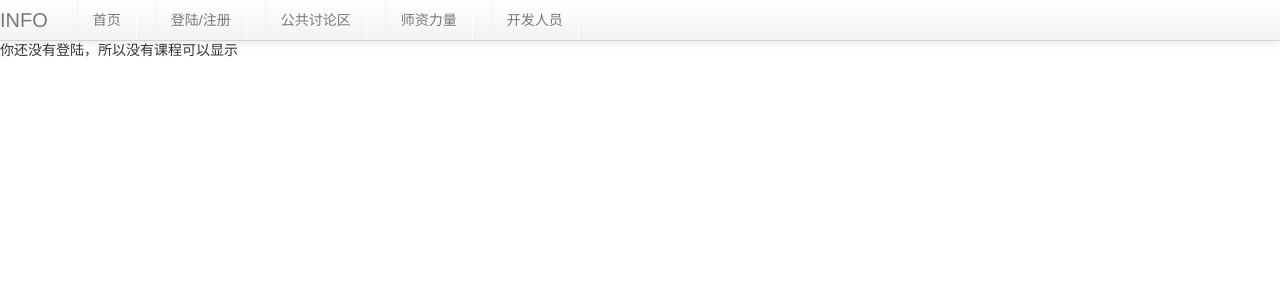
Repository: hbisheng/Academic-portal-website
Page: http://localhost/NewInfo/courses/index.jsp
These files come from the project's save history. The page is drawn as it stood at one moment and after the next save; the edit follows.
The browser window is 1280 px wide. The pictures show the whole page.
The page is served by Tomcat 9. Other server files are loaded and not shown.

Above is the page before, as saved 2014-09-21 20:46:54.

### Java_info/NewInfo/WebContent/courses/index.jsp
<%@page import="edu.thu.cs.*"%>
<%@page import="jdbc.*"%>
<%@page import="java.util.*"%>

<%@ page language="java" contentType="text/html; charset=utf-8"
    pageEncoding="utf-8"%>
<!DOCTYPE html PUBLIC "-//W3C//DTD HTML 4.01 Transitional//EN" "http://www.w3.org/TR/html4/loose.dtd">
<html>
<head>
<meta http-equiv="Content-Type" content="text/html; charset=utf-8">
<title>Insert title here</title>
</head>
<body>

<link href="../bootstrap/css/bootstrap.css" rel="stylesheet">
<link href="../bootstrap/css/bootstrap-responsive.css" rel="stylesheet">
<div class="navbar nav-pills navbar-fixed-top">
  <div class="navbar-inner">
    <a class="brand" href="#">INFO</a>
    <ul class="nav">
      <li class="divider-vertical"><a href="../home.jsp">首页</a></li>
      <%
      	User user_tmp = (User)session.getAttribute("user");
      	if(user_tmp == null)
      	{
      		%><li class="divider-vertical" font face = "微软雅黑"><a href="../account/login.jsp">登陆/注册</a></li> <%
      	}
      	else
      	{
      		String url = "../account/user_info.jsp?id="+user_tmp.id;
      		%><li class="divider-vertical"  font face = "微软雅黑"><a href=<%=url%>><%=user_tmp.nickname%></a></li> <%
      	}

      %><li class="divider-vertical"><a href="../discussion/index.jsp">公共讨论区</a></li><%

      if(user_tmp != null)
      {
	      	%><li class="active"><a href="../courses/index.jsp">网络学堂</a></li>
	      	<li class="divider-vertical"><a href="../notice/index.jsp">教务公告</a></li>
	      	<li class="divider-vertical"><a href="../media/index.jsp">外部资源</a></li><%
      }

      %><li class="divider-vertical"><a href="../intro.jsp">师资力量</a></li>
      <li class="divider-vertical"><a href="../author.jsp">开发人员</a></li>
    </ul>
  </div>
</div>
<br><br>

<%
	JdbcDao jdbc = new JdbcDao();
	List<Integer> c=null;
	User user = (User)session.getAttribute("user");
	if(user==null)
	{
		out.println("你还没有登陆，所以没有课程可以显示");
		return;
	}
	else
	{
		c = jdbc.getCourseIndex(user.id);
	}
	int cnt = 0;
%>


<font size = 5 face ="微软雅黑"><p class="text-info"><b>我的课程</b></p></font>
<table class="table table-striped" >
<%
	int [][]map = new int[10][10];
	%><tr><td>序号</td><td>课程名称</td><td>授课老师</td><td>上课时间</td></tr><%
	List<Integer> course_list=null;
	course_list = jdbc.getCourseIndex(user.id);
	if(course_list!=null){
		cnt = 0;
		for(Integer i : course_list)
		{
			Course course = jdbc.getCourse(i);
			String info_url = "course.jsp?id="+course.id+"&type=1";
			String out_url = "getout.jsp?cid="+course.id+"&uid="+user.id;
			++cnt;

			int time = Integer.parseInt(course.classtime);
			map[time/10][time%10] = course.id;//time from 11-77

			%>
			<tr>
			<td><%=cnt%></td>
			<td><a href= <%=info_url %> > <%=course.name%> </a></td>
			<td><%=course.teacher%></td>

			<td><%=course.classtime %></td>
			</tr>
			<%
		}
	}
%>
</table>


<font size = 5 face ="微软雅黑"><p class="text-info"><b>我的课表</b></p></font>
<table class="table table-striped" style="font-family:微软雅黑">
<%
	String a ="一二三四五六七八";
	for(int i = 0;i != 7; i++)
	{
		%><tr><%
		for(int j = 0; j != 8; j++)
		{
			String tmp = null;
			Course course = null;
			if(i + j == 0)
				tmp = "";
			else if(j == 0)
				tmp = "第"+a.charAt(i-1)+"大节";
			else if(i == 0)
				tmp = "星期"+a.charAt(j-1);
			else if( map[j][i] > 0)// 7 6
			{
				course = jdbc.getCourse(map[j][i]);
				tmp = course.name;
			}
			else
				tmp="";
			%><td><%=tmp%></td><%
		}
		%></tr><%
	}

%>
</table>






<hr><a href="choose.jsp">进入选课</a><br>
<br><a href="../home.jsp">返回首页</a>

</body>
</html>

Loaded but not shown: Java_info/NewInfo/WebContent/bootstrap/css/bootstrap.css (library); Java_info/NewInfo/WebContent/bootstrap/css/bootstrap-responsive.css (library); Java_info/NewInfo/src/jdbc/JdbcDao.java (883 lines, source omitted)

After the next save:
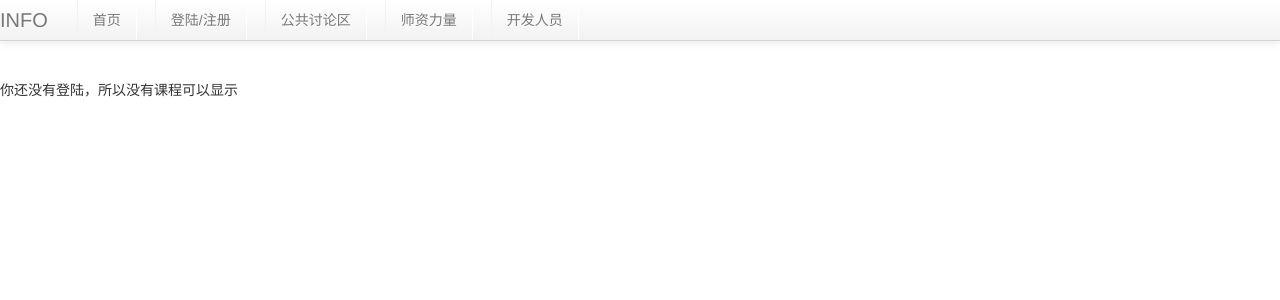
Saved 2 min 51 s later.
--- a/Java_info/NewInfo/WebContent/courses/index.jsp
+++ b/Java_info/NewInfo/WebContent/courses/index.jsp
@@ -8,6 +8,39 @@
 <html>
 <head>
 <meta http-equiv="Content-Type" content="text/html; charset=utf-8">
+<style type="text/css">
+      body {
+        padding-top: 40px;
+        padding-bottom: 40px;
+        background-color: #f5f5f5;
+      }
+
+      .form-signin {
+        max-width: 600px;
+        padding: 19px 29px 29px;
+        margin: 0 auto 20px;
+        background-color: #fff;
+        border: 1px solid #e5e5e5;
+        -webkit-border-radius: 5px;
+           -moz-border-radius: 5px;
+                border-radius: 5px;
+        -webkit-box-shadow: 0 1px 2px rgba(0,0,0,.05);
+           -moz-box-shadow: 0 1px 2px rgba(0,0,0,.05);
+                box-shadow: 0 1px 2px rgba(0,0,0,.05);
+      }
+      .form-signin .form-signin-heading,
+      .form-signin .checkbox {
+        margin-bottom: 10px;
+      }
+      .form-signin input[type="text"],
+      .form-signin input[type="password"] {
+        font-size: 16px;
+        height: auto;
+        margin-bottom: 15px;
+        padding: 7px 9px;
+      }
+
+    </style>
 <title>Insert title here</title>
 </head>
 <body>
